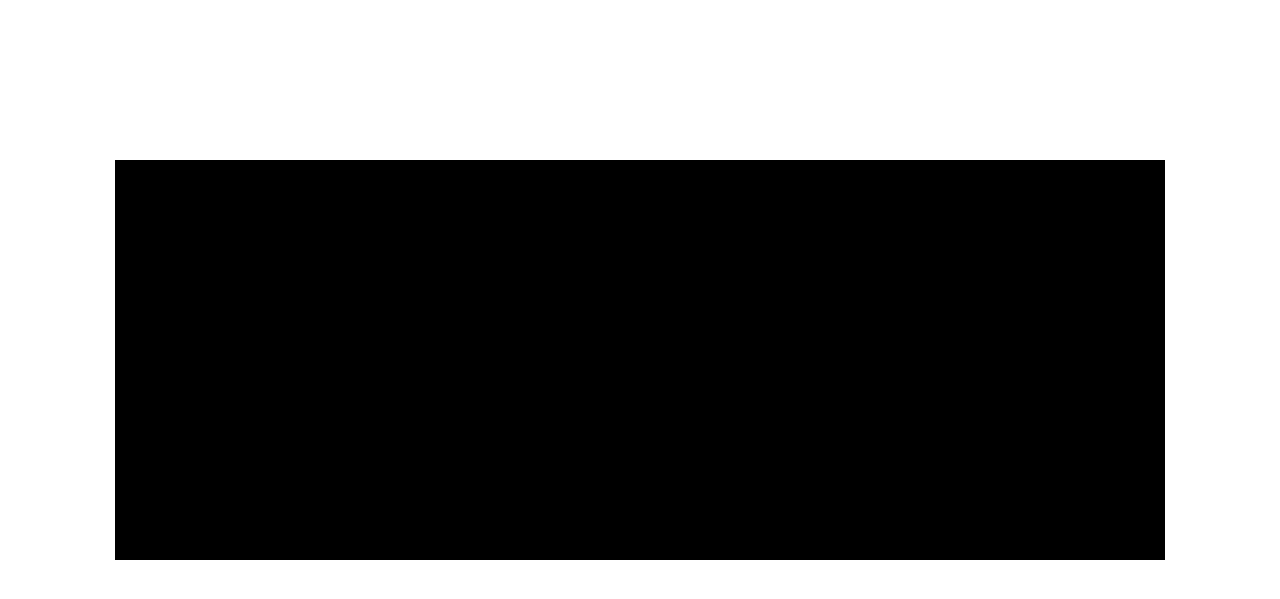
Repository: honghyunAhn/DailyFront
Page: Day210211_CSS_Hexagon_Div_Hover_Effects/index.html
These files come from the project's save history. The page is drawn as it stood at one moment and after the next save; the edit follows.
The browser window is 1280 px wide. The pictures show the whole page.

Above is the page before, as saved 2021-02-11 18:38:31.

### Day210211_CSS_Hexagon_Div_Hover_Effects/index.html
<!DOCTYPE html>
<html lang="en">
<head>
    <meta charset="UTF-8">
    <meta http-equiv="X-UA-Compatible" content="IE=edge">
    <meta name="viewport" content="width=device-width, initial-scale=1.0">
    <title>CSS Hexagon Div Hover Effects</title>
    <link rel="stylesheet" href="style.css">
</head>
<body>
    <div class="container">
        <div class="hexagon">
            <div class="shape"></div>
        </div>
        <div class="hexagon">
            <div class="shape"></div>
        </div>
        <div class="hexagon">
            <div class="shape"></div>
        </div>
    </div>
</body>
</html>

### Day210211_CSS_Hexagon_Div_Hover_Effects/style.css
@import url("https://fonts.googleapis.com/css?family=Poppins:200,300,400,500,600,700,800,900&display=swap");
* {
  margin: 0;
  padding: 0;
  box-sizing: border-box;
  font-family: "Poppins" sans-serif;
}
body {
  display: flex;
  justify-content: center;
  align-items: center;
  min-height: 100vh;
}
.container {
  position: relative;
  display: flex;
  justify-content: center;
  align-items: center;
}
.container .hexagon {
  position: relative;
  width: 350px;
  height: 400px;
}
.container .hexagon .shape {
  position: absolute;
  top: 0;
  left: 0;
  width: 100%;
  height: 100%;
  background: #000;
}

After the next save:
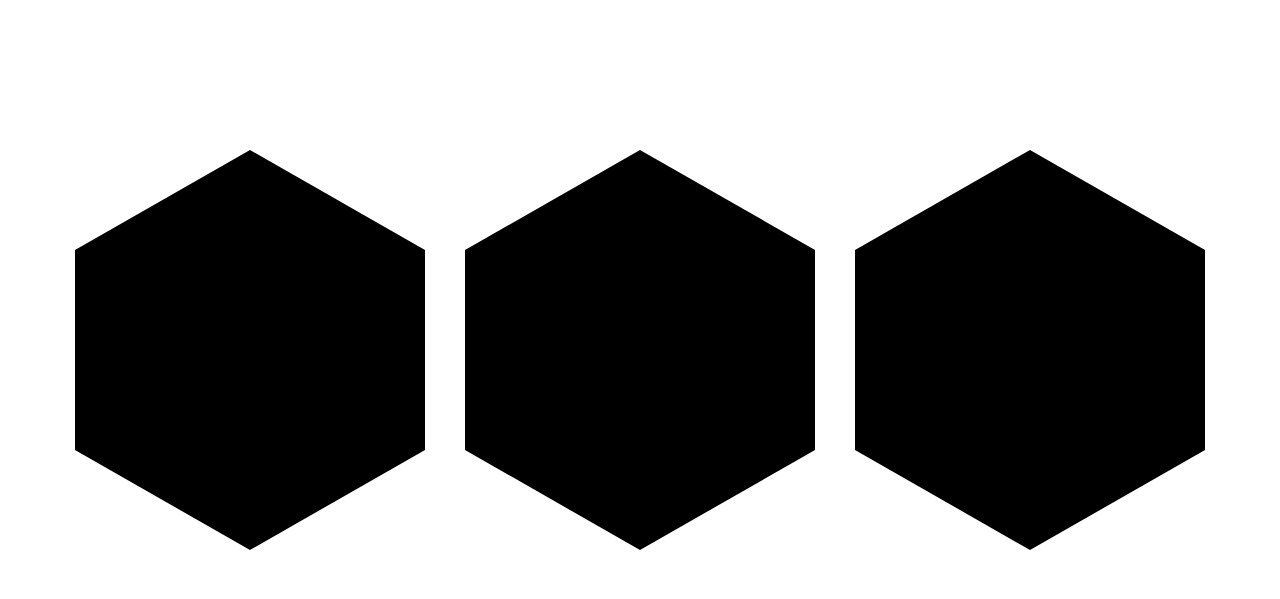
Saved 2 min 17 s later.
--- a/Day210211_CSS_Hexagon_Div_Hover_Effects/style.css
+++ b/Day210211_CSS_Hexagon_Div_Hover_Effects/style.css
@@ -16,11 +16,13 @@
   display: flex;
   justify-content: center;
   align-items: center;
+  flex-wrap: wrap;
 }
 .container .hexagon {
   position: relative;
   width: 350px;
   height: 400px;
+  margin: 50px 20px 70px;
 }
 .container .hexagon .shape {
   position: absolute;
@@ -29,4 +31,5 @@
   width: 100%;
   height: 100%;
   background: #000;
+  clip-path: polygon(0 25%, 50% 0, 100% 25%, 100% 75%, 50% 100%, 0 75%);
 }
